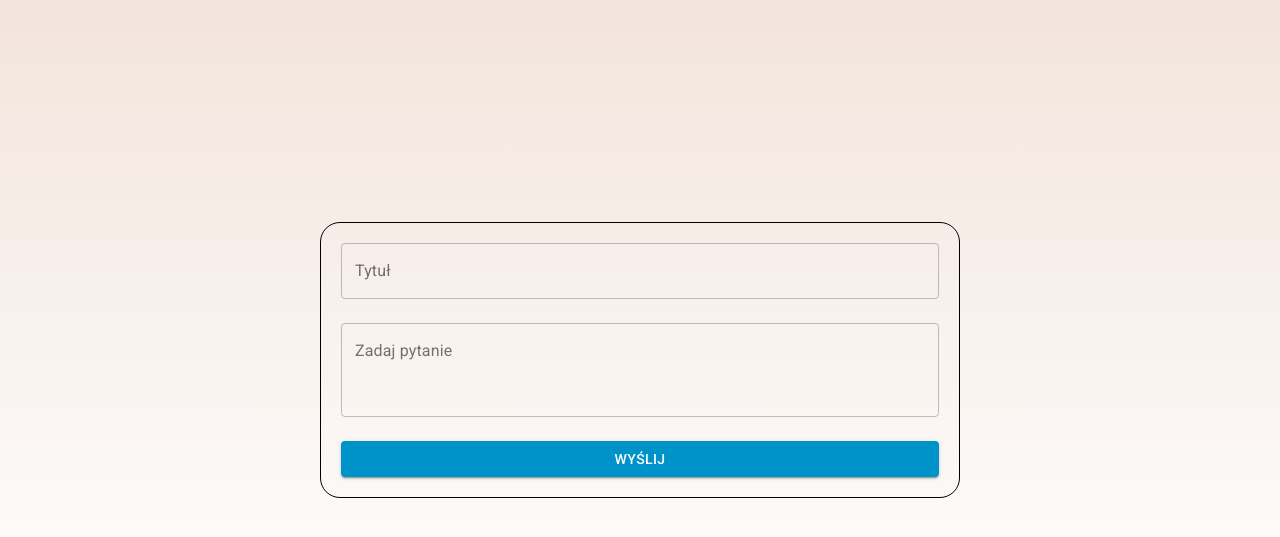
Repository: piotr-bocian/Projekt-5
Page: /
An editor plug-in stored every save of this project. The page is shown before and after a run of saves, followed by the edit.
The browser window is 1280 px wide. The pictures show the whole page.
The project was rebuilt for these pictures with package versions that can differ from the ones it lists, and the page was loaded fresh each time.

Above is the page before, as saved 2021-03-22 17:58:36.

### public/index.html
<!DOCTYPE html>
<html lang="en">

<head>
  <meta charset="utf-8" />
  <meta name="viewport" content="width=device-width, initial-scale=1" />
  <meta name="theme-color" content="#000000" />
  <meta name="description" content="Coders-Camp2020 Projekt Full-Stack Schronisko dla zwierząt" />
  <link rel="apple-touch-icon" href="%PUBLIC_URL%/logo192.png" />

  <link rel="manifest" href="%PUBLIC_URL%/manifest.json" />
  <link rel="stylesheet" href="https://fonts.googleapis.com/css?family=Roboto:300,400,500,700&display=swap" />
  <link href="https://fonts.googleapis.com/css2?family=Amatic+SC&display=swap" rel="stylesheet">
  <title>Schronisko dla zwierząt</title>
</head>

<body>
  <noscript>You need to enable JavaScript to run this app.</noscript>
  <div id="root"></div>
</body>

</html>

### src/index.js
import React from 'react';
import ReactDOM from 'react-dom';
import App from '../src/view/App';
import reportWebVitals from './reportWebVitals';
import './styles/main.css';

ReactDOM.render(
  <React.StrictMode>
    <App />
  </React.StrictMode>,
  document.getElementById('root')
);

reportWebVitals();

### src/view/App.js
import React from 'react';
import styled from 'styled-components';
import AdotpionForm from '../components/Organisms/AdotpionForm/AdotpionForm';
import { ThemeProvider, createMuiTheme } from '@material-ui/core';

const Wrapper = styled.div`
  display: flex;
  flex-direction: column;
  justify-content: center;
  align-items: center;
  width: 100%;
  height: 100vh;
`;

const theme = createMuiTheme({
  palette:{
    primary:{
      light: '#0292c9',
      main: '#0093CA',
      dark: '#0274A2'
    }
  }
});


function App() {
  return (
    <ThemeProvider theme={theme}>
      <Wrapper>
        <AdotpionForm />
      </Wrapper>
    </ThemeProvider>
  );
}

export default App;

### src/styles/main.css
*{
   box-sizing: border-box;
   padding: 0;
   margin: 0;
}

body {
   background-image: linear-gradient(180deg,#e8cebf 0%,rgba(232, 206, 191, 0.55) 0.01%,#ffffff 90.62%);
   background-repeat: no-repeat;
}

### src/components/Organisms/AdotpionForm/AdotpionForm.js
import React, { useState } from 'react';
import { TextField, RadioGroup, FormControlLabel, Radio, Button } from '@material-ui/core';
import { Grid } from '@material-ui/core';

import './AdotpionForm.css';

const AdotpionForm = () => {
    const [title, setTitle] = useState('');
    const [lastName, setLastName] = useState('');
    const [mobile, setMobile] = useState('');
    const [birthDate, setBirthDate] = useState('');
    const [occupation, setOccupation] = useState('');
    const [preferredTask, setPreferredTask] = useState('');

    const sendForm = (e) => {
        e.preventDefault();
        console.log(title);
        console.log(lastName);
        console.log(mobile);
        console.log(birthDate);
        console.log(occupation);
        console.log(preferredTask);
    }

    return (
        <form className="form" onSubmit={sendForm}>
            <Grid container spacing={3}>
                <Grid item xs={12} sm={12} md={12}>
                    <TextField
                        variant="outlined"
                        label="Tytuł" value={title}
                        onChange={(e) => setTitle(e.target.value)}
                        fullWidth
                    />
                </Grid>
                <Grid item xs={12}>
                    <TextField
                        variant="outlined"
                        label="Zadaj pytanie"
                        multiline
                        rows={3}
                        value={occupation} onChange={(e) => setOccupation(e.target.value)}
                        fullWidth
                    />
                </Grid>
                <Grid item xs={12}>
                    <Button
                        color="primary"
                        variant="contained"
                        type="submit"
                        fullWidth
                    >
                        Wyślij
                    </Button>
                </Grid>
            </Grid>
        </form>
    )
}

export default AdotpionForm;

### src/components/Organisms/AdotpionForm/AdotpionForm.css
.form{
    width: 50vw;
    border-radius: 20px;
    border:1px solid black;
    padding: 20px;
}

@media (max-width: 768px){
    .form{
        width: 80vw;
    }
}

Loaded but not shown: src/reportWebVitals.js (common file)

After the next 3 saves:
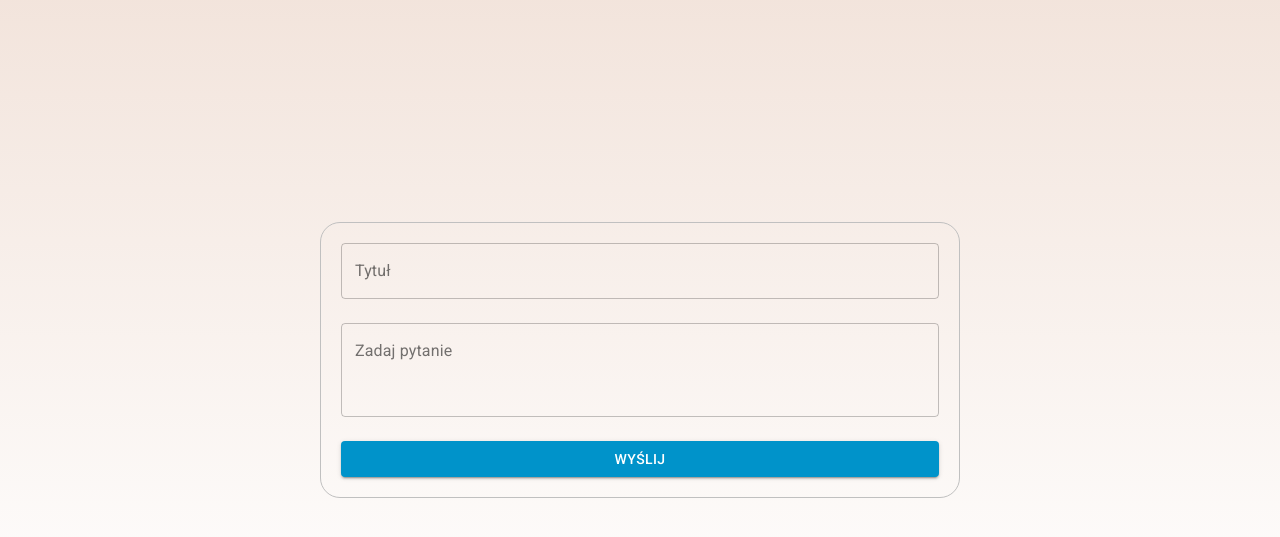
The 3 saves are shown as one change because they came seconds apart.
The last was saved 10 s later.
--- a/src/components/Organisms/AdotpionForm/AdotpionForm.css
+++ b/src/components/Organisms/AdotpionForm/AdotpionForm.css
@@ -1,7 +1,7 @@
 .form{
     width: 50vw;
     border-radius: 20px;
-    border:1px solid black;
+    border:1px solid silver;
     padding: 20px;
 }
 
